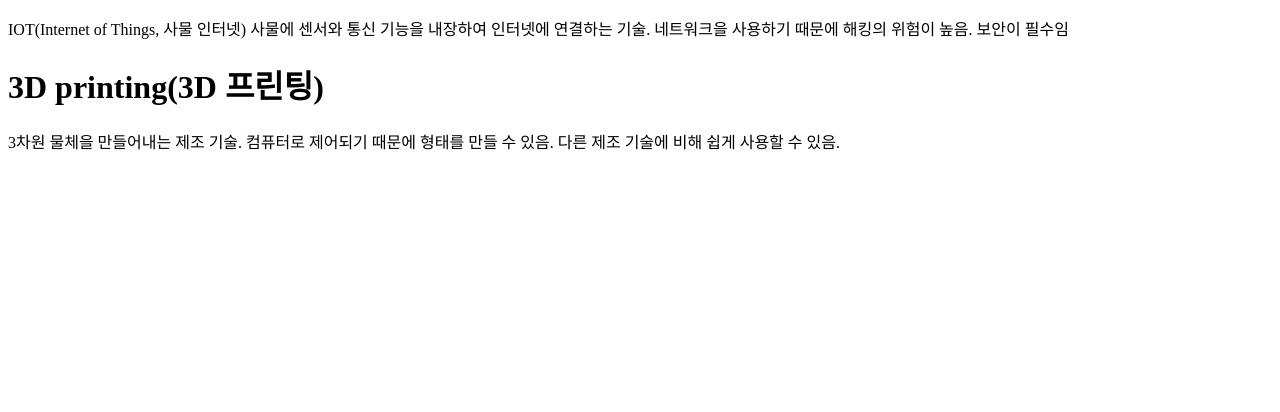
Repository: kmh9964/view
Page: workspace/studyhtml5/src/htmltags01.html
An editor plug-in stored every save of this project. The page is shown before and after the next save, followed by the edit.
The browser window is 1280 px wide. The pictures show the whole page.

Above is the page before, as saved 2022-12-13 06:56:50.

After the next save:
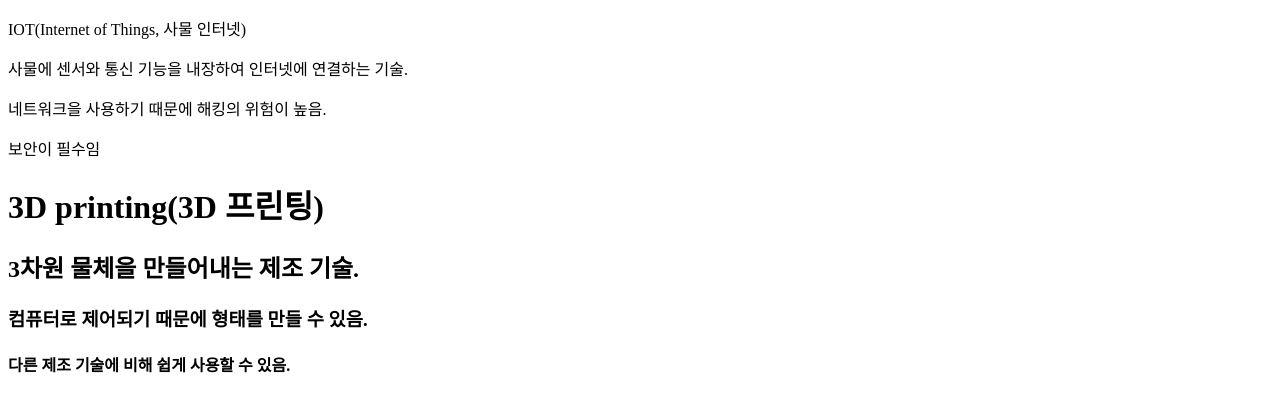
Saved 6 min 42 s later.
--- a/workspace/studyhtml5/src/htmltags01.html
+++ b/workspace/studyhtml5/src/htmltags01.html
@@ -8,12 +8,12 @@
 </head>
 <body>
 	    <p>IOT(Internet of Things, 사물 인터넷)
-		사물에 센서와 통신 기능을 내장하여 인터넷에 연결하는 기술.
-		네트워크을 사용하기 때문에 해킹의 위험이 높음.
-		보안이 필수임</p>
-	<h1>3D printing(3D 프린팅)</h1>
-	<p>3차원 물체을 만들어내는 제조 기술.
-		컴퓨터로 제어되기 때문에 형태를 만들 수 있음.
-		다른 제조 기술에 비해 쉽게 사용할 수 있음.</p>
+		<p>사물에 센서와 통신 기능을 내장하여 인터넷에 연결하는 기술.</p>
+		<p>네트워크을 사용하기 때문에 해킹의 위험이 높음.</p>
+		<p>보안이 필수임</p>
+	    <h1>3D printing(3D 프린팅)</h1>
+	    <h2>3차원 물체을 만들어내는 제조 기술.</h2>
+		<h3>컴퓨터로 제어되기 때문에 형태를 만들 수 있음.</h3>
+		<h4>다른 제조 기술에 비해 쉽게 사용할 수 있음.</h4>
 </body>
 </html>
